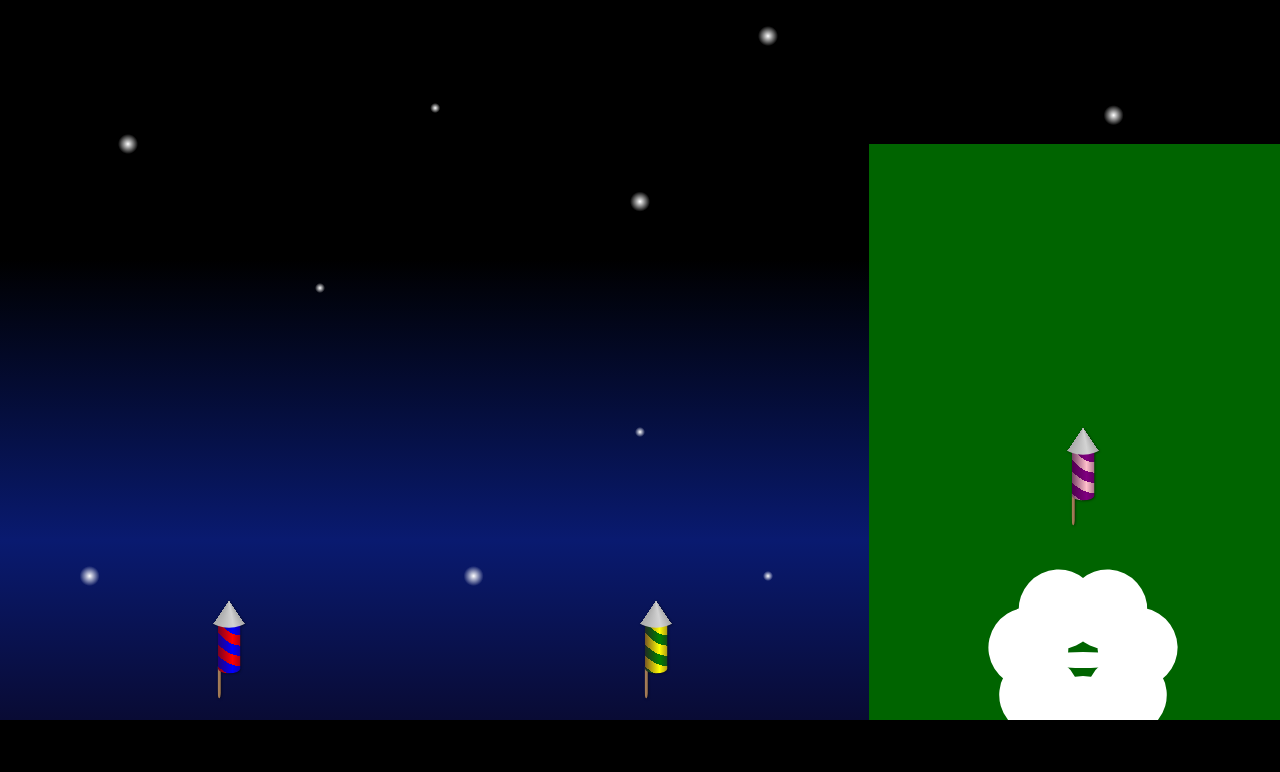
Repository: juliandecloe/CSS-To-The-Rescue---Julian-de-Cloe
Page: index.html
The author's editor kept a copy of each file at every save. The page is drawn from the files as they stood at one save, then again after the next save.
The browser window is 1280 px wide. The pictures show the whole page.

Above is the page before, as saved 2022-03-10 17:33:28.

### index.html
<!DOCTYPE html>
<html lang="en">
	<head>
		<meta charset="UTF-8">
		<meta name="viewport" content="width=device-width, initial-scale=1.0">
		<title>The Anticlimax Fireworkshow!</title>
		<link rel="stylesheet" href="style.css">
	</head>
	<body>
		<input id="left" type="checkbox">
		<input id="middle" type="checkbox">
		<input id="right" type="checkbox">
		<main>
			<section>
				<label for="left">
					<figure></figure>
					<figure></figure>
					<figure></figure>
				</label>
				<ul>
					<li>
						<ul>
							<li></li>
							<li></li>
							<li></li>
							<li></li>
							<li></li>
						</ul>
					</li>
					<li>
						<ul>
							<li></li>
							<li></li>
							<li></li>
							<li></li>
							<li></li>
						</ul>
					</li>
					<li>
						<ul>
							<li></li>
							<li></li>
							<li></li>
							<li></li>
							<li></li>
						</ul>
					</li>
					<li>
						<ul>
							<li></li>
							<li></li>
							<li></li>
							<li></li>
							<li></li>
						</ul>
					</li>
					<li>
						<ul>
							<li></li>
							<li></li>
							<li></li>
							<li></li>
							<li></li>
						</ul>
					</li>
					<li>
						<ul>
							<li></li>
							<li></li>
							<li></li>
							<li></li>
							<li></li>
						</ul>
					</li>
					<li>
						<ul>
							<li></li>
							<li></li>
							<li></li>
							<li></li>
							<li></li>
						</ul>
					</li>
					<li>
						<ul>
							<li></li>
							<li></li>
							<li></li>
							<li></li>
							<li></li>
						</ul>
					</li>
					<li>
						<ul>
							<li></li>
							<li></li>
							<li></li>
							<li></li>
							<li></li>
						</ul>
					</li>
					<li>
						<ul>
							<li></li>
							<li></li>
							<li></li>
							<li></li>
							<li></li>
						</ul>
					</li>
					<li>
						<ul>
							<li></li>
							<li></li>
							<li></li>
							<li></li>
							<li></li>
						</ul>
					</li>
					<li>
						<ul>
							<li></li>
							<li></li>
							<li></li>
							<li></li>
							<li></li>
						</ul>
					</li>
				</ul>
			</section>
			<section>
				<label for="middle">
					<figure></figure>
					<figure></figure>
					<figure></figure>
				</label>
				<ul>
					<li>
						<ul>
							<li></li>
							<li></li>
							<li></li>
							<li></li>
							<li></li>
						</ul>
					</li>
					<li>
						<ul>
							<li></li>
							<li></li>
							<li></li>
							<li></li>
							<li></li>
						</ul>
					</li>
					<li>
						<ul>
							<li></li>
							<li></li>
							<li></li>
							<li></li>
							<li></li>
						</ul>
					</li>
					<li>
						<ul>
							<li></li>
							<li></li>
							<li></li>
							<li></li>
							<li></li>
						</ul>
					</li>
					<li>
						<ul>
							<li></li>
							<li></li>
							<li></li>
							<li></li>
							<li></li>
						</ul>
					</li>
					<li>
						<ul>
							<li></li>
							<li></li>
							<li></li>
							<li></li>
							<li></li>
						</ul>
					</li>
					<li>
						<ul>
							<li></li>
							<li></li>
							<li></li>
							<li></li>
							<li></li>
						</ul>
					</li>
					<li>
						<ul>
							<li></li>
							<li></li>
							<li></li>
							<li></li>
							<li></li>
						</ul>
					</li>
					<li>
						<ul>
							<li></li>
							<li></li>
							<li></li>
							<li></li>
							<li></li>
						</ul>
					</li>
					<li>
						<ul>
							<li></li>
							<li></li>
							<li></li>
							<li></li>
							<li></li>
						</ul>
					</li>
					<li>
						<ul>
							<li></li>
							<li></li>
							<li></li>
							<li></li>
							<li></li>
						</ul>
					</li>
					<li>
						<ul>
							<li></li>
							<li></li>
							<li></li>
							<li></li>
							<li></li>
						</ul>
					</li>
				</ul>
			</section>
			<section>
				<label for="right">
					<figure></figure>
					<figure></figure>
					<figure></figure>
				</label>
				<ul>
					<li></li>
					<li></li>
					<li></li>
					<li></li>
					<li></li>
					<li></li>
					<li></li>
				</ul>
			</section>
		</main>
	</body>
</html>

### style.css
/*========== GENERAL ==========*/

:root * {
	--hoekVar: calc(360deg / 12);
	--rotate: rotate(calc( var(--hoekVar) * var(--index) ));
	--hoekVar2: calc(360deg / 5);
	--rotate2: rotate(calc( var(--hoekVar2) * var(--index2) ));
	--star1: 5px;
	--star2: 3px;
}

@property --star1 {
	syntax: '<length>';
	inherits: false;
	initial-value: 0px;
}

@property --star2 {
	syntax: '<length>';
	inherits: false;
	initial-value: 0px;
}

* {
	padding: 0;
	margin: 0;
}

body, html {
	overflow: hidden;
}

html {
	background: linear-gradient(0deg, rgba(9,11,52,1) 0%, rgba(9,26,112,1) 25%, rgba(0,0,0,1) 64%, rgba(0,0,0,1) 100%);
}

@keyframes stars {
	0% {
		--star1: 5px;
	}
	100% {
		--star1: 10px;
	}
}

@keyframes stars2 {
	0% {
		--star2: 3px;
	}
	100% {
		--star2: 6px;
	}
}

body {
	background-position: center;
	background-image:
	radial-gradient(
		circle at
			10%
			20%,
		white,
		transparent var(--star1)
	),
	radial-gradient(
		circle at
			34%
			15%,
		white,
		transparent var(--star2)
	),
	radial-gradient(
		circle at
			50%
			60%,
		white,
		transparent var(--star2)
	),
	radial-gradient(
		circle at
			60%
			80%,
		white,
		transparent var(--star2)
	),
	radial-gradient(
		circle at
			25%
			40%,
		white,
		transparent var(--star2)
	),
	radial-gradient(
		circle at
			7%
			80%,
		white,
		transparent var(--star1)
	),
	radial-gradient(
		circle at
			87%
			16%,
		white,
		transparent var(--star1)
	),
	radial-gradient(
		circle at
			76%
			79%,
		white,
		transparent var(--star2)
	),
	radial-gradient(
		circle at
			90%
			90%,
		white,
		transparent var(--star1)
	),
	radial-gradient(
		circle at
			60%
			5%,
		white,
		transparent var(--star1)
	),
	radial-gradient(
		circle at
			72%
			32%,
		white,
		transparent var(--star2)
	),
	radial-gradient(
		circle at
			50%
			28%,
		white,
		transparent var(--star1)
	),
	radial-gradient(
		circle at
			37%
			80%,
		white,
		transparent var(--star1)
	),
	radial-gradient(
		circle at
			82%
			54%,
		white,
		transparent var(--star2)
	);
	animation:
	stars 1s linear alternate infinite,
	stars2 1.5s linear alternate infinite;
}

@media (prefers-reduced-motion) {
	body {
		animation-name: dissolve;
	}
}

main {
	display: flex;
	justify-content: center;
	align-items: end;
	width: 100vw;
	height: 100vh;
	padding-left: 1rem;
}

@media (max-width: 630px) {
	main {
		transform: scale(.5) translateY(50vh);
	}
}

section {
	display: grid;
	place-items: center;
	transition: 1s ease-out;
	width: 50vw;
}

@media (max-width: 630px) {
	section {
		width: 80vw;
	}
}

input {
	display: none;
}

/*========== FIRE ROCKET ==========*/

/*===== GENERAL =====*/

label {
	transform: scale(.3) translateY(50vh);
	z-index: 5;
	height: 350px;
	width: 120px;
	filter: drop-shadow(2px 2px 4px rgb(0,0,0,0.5));
	transition: 1s;
	cursor: pointer;
	animation: 1s
}

@media (max-width: 630px) {
	label {
		transform: scale(.5);
	}
}

section label > figure:first-child {
	border-radius: 50%;
	position: absolute;
	left: calc(50% - 55px);
	width: 110px;
	height: 130px;
	z-index: 3;
	clip-path: ellipse(90% 70% at center top);
	background-image:
		conic-gradient(
		at center top,
		transparent 146deg,
		darkgray 146deg,
		lightgray 170deg,
		darkgray 214deg,
		transparent 214deg
	);
}

section label figure:nth-child(2) {
	position: absolute;
	top: 83px;
	left: calc(50% - 37.5px);
	width: 75px;
	height: 160px;
	z-index: 2;
	background-size: 100% 100%, 600% 600%;
	background-position:left top, 40% -30%;
	border-radius: 0 0 50% 50% / 0 0 1em 1em;
}

section label > figure:nth-child(3) {
	position: absolute;
	background: #BA8C63;
	top: 220px;
	left: calc(50% - 37.5px);
	width: 10px;
	height: 110px;
	z-index: 1;
	box-shadow: inset -2px 0 8px rgb(0,0,0,0.5);
	clip-path: ellipse(10px 95px at 50% 10%);
}


/*===== COLOR ARROWS =====*/

section:first-child label figure:nth-child(2) {
	background-image:
		linear-gradient(
			to right,
			#303a 0%,
			transparent 65%,
			#3036 100%
		),
		repeating-radial-gradient(
			red 0 1em,
			blue 1em 2em
	);
}

section:nth-child(2) label figure:nth-child(2) {
	background-image:
		linear-gradient(
			to right,
			#303a 0%,
			transparent 65%,
			#3036 100%
		),
		repeating-radial-gradient(
			green 0 1em,
			yellow 1em 2em
		);
}

section:last-child label figure:nth-child(2) {
	background-image:
		linear-gradient(
			to right,
			#303a 0%,
			transparent 65%,
			#3036 100%
		),
		repeating-radial-gradient(
			pink 0 1em,
			purple 1em 2em
		);
}


/*========== FIRE WORK ==========*/

/*===== LAYER 1 =====*/

section > ul {
	list-style-type: none;
	position: absolute;
	width: 1rem;
	height: 1rem;
	display: grid;
	place-items: center;
	/* background-color: #ff4; */
}

section > ul > li {
	position: absolute;
	top: 50%;
	width: 40%;
	height: 1200%;
	transform-origin: center top;
	transform: var(--rotate);
	transition: .3s ease-out;
	transition-delay: 1s;
	display: flex;
	/* background-color: #f004; */
}

section:nth-child(2) > ul > li {
	position: absolute;
	top: 50%;
	width: 40%;
	height: 1200%;
	transform-origin: center top;
	transform: var(--rotate);
	transition: .3s ease-out;
	transition-delay: 1s;
	display: flex;
	/* background-color: #f004; */
}

section > ul > li::after {
	content: "";
	display: block;
	width: 100%;
	height: 50%;
	transition: .2s ease-out;
	transform-origin: center top;
	transform: scaleY(0);
	position: absolute;
}

/* Color */

section:first-child > ul > li::after {
	background-color: blue;
}

section:nth-child(2) > ul > li::after {
	background-color: green;
}

section:last-child > ul li::after {
	background-color: pink;
}


/*===== LAYER 2 =====*/

section > ul > li ul {
	list-style-type: none;
	position: relative;
	width: .5em;
	aspect-ratio: 1/1;
	align-self: end;
	display: grid;
	place-items: center;
	/* background-color: #f088; */
}

section:first-child > ul > li li {
	position: absolute;
	top: 50%;
	width: 25%;
	aspect-ratio: 1/8;
	background-color: #f00;
	transform-origin: center top;
	transform: var(--rotate2) scaleY(0);
	transition: .3s ease-out;
	transition-delay: 1.8s;
}

section:nth-child(2) > ul > li li {
	position: absolute;
	width: 30%;
	height: 1200%;
	background-color: yellow;
	transform-origin: center;
	transform: var(--rotate2) scaleY(1);
	transition: .5s ease-out;
	transition-delay: 1.5s;
	visibility: hidden;
}


/*========== INTERACTION ==========*/

/*===== GENERAL =====*/

section > ul > li:nth-of-type(1) { --index:1; }
section > ul > li:nth-of-type(2) { --index:2; }
section > ul > li:nth-of-type(3) { --index:3; }
section > ul > li:nth-of-type(4) { --index:4; }
section > ul > li:nth-of-type(5) { --index:5; }
section > ul > li:nth-of-type(6) { --index:6; }
section > ul > li:nth-of-type(7) { --index:7; }
section > ul > li:nth-of-type(8) { --index:8; }
section > ul > li:nth-of-type(9) { --index:9; }
section > ul > li:nth-of-type(10) { --index:10; }
section > ul > li:nth-of-type(11) { --index:11; }
section > ul > li:nth-of-type(12) { --index:12; }

ul > li li:nth-of-type(1) { --index2:1; }
ul > li li:nth-of-type(2) { --index2:2; }
ul > li li:nth-of-type(3) { --index2:3; }
ul > li li:nth-of-type(4) { --index2:4; }
ul > li li:nth-of-type(5) { --index2:5; }

/* Rocket */

input:first-child[type="checkbox"]:checked ~ main section:first-child, input:nth-child(2)[type="checkbox"]:checked ~ main section:nth-child(2) {
	transform: translateY(-50vh);
}

@media (max-width: 630px) {
	input:first-child[type="checkbox"]:checked ~ main section:first-child, input:nth-child(2)[type="checkbox"]:checked ~ main section:nth-child(2) {
		transform: translateY(-90vh);
	}
}

input:first-child[type="checkbox"]:checked ~ main section:first-child label, input:nth-child(2)[type="checkbox"]:checked ~ main section:nth-child(2) label {
	transform: scale(.5, .3);
	animation: explode 1s 1s ease-in forwards;
}

/* Explode 1 */

input:first-child[type="checkbox"]:checked ~ main section:first-child > ul > li, input:nth-child(2)[type="checkbox"]:checked ~ main section:nth-child(2) > ul > li {
	transform: var(--rotate) translateY(2em);
}

input:first-child[type="checkbox"]:checked ~ main section:first-child > ul > li::after, input:nth-child(2)[type="checkbox"]:checked ~ main section:nth-child(2) > ul > li::after {
	animation: after .3s 1s ease-out forwards;
}


/*===== ARROW 1 =====*/

input:first-child[type="checkbox"]:checked ~ main section:first-child > ul > li li {
	animation: lili .3s 1.5s ease-out forwards;
}

/*===== ARROW 2 =====*/

input:nth-child(2)[type="checkbox"]:checked ~ main section:nth-child(2) > ul > li li {
	visibility: visible;
	transform: var(--turn) scaleY(6) translateY(2em);
	opacity: 0;
}

/*===== ARROW 3 =====*/

input:nth-child(3)[type="checkbox"]:checked ~ main section:last-child {
	transform: translateY(-50vh);
}

input:nth-child(3)[type="checkbox"]:checked ~ main article label {
	animation: huge .8s 1s ease-out forwards;
}

/*========== ANIMATIONS ==========*/

@keyframes huge {
	0% {
		transform: scaleY(0);
	}
	99% {
		transform: translateY(200%) scaleY(0);
		opacity: 0;
	}
	100% {
		transform: translateY(0) scaleY(0);
		opacity: 1;
	}
}

@keyframes explode {
	0% {
		visibility: hidden;
	}
	99% {
		visibility: hidden;
	}
	100% {
		transform: translateY(65vh) scale(.3);
		visibility: visible;
	}
}

@keyframes after {
	0% {
		transform: scaleY(0);
	}
	33% {
		transform: scaleY(1) ;
	}
	67% {
		transform: translateY(100%) scaleY(1) ;
	}
	99% {
		transform: translateY(200%) scaleY(0) ;
	}
	100% {
		transform: translateY(0) scaleY(0) ;
	}
}

@keyframes lili {
	0% {
		transform: var(--rotate2) translateY(0) scaleY(0);
	}
	50% {
		transform: var(--rotate2) translateY(0) scaleY(3);
	}
	99% {
		transform: var(--rotate2) translateY(400%) scaleY(0);
	}
	100% {
		transform: var(--rotate2) translateY(0) scaleY(0);
	}
}



/*========== CLOUDS ==========*/

section:last-child li:nth-of-type(1) { --index3:1; }
section:last-child li:nth-of-type(2) { --index3:2; }
section:last-child li:nth-of-type(3) { --index3:3; }
section:last-child li:nth-of-type(4) { --index3:4; }
section:last-child li:nth-of-type(5) { --index3:5; }
section:last-child li:nth-of-type(6) { --index3:6; }
section:last-child li:nth-of-type(7) { --index3:7; }

section:last-child {
	top: 10vh;
	background-color: darkgreen;
	width: 50vw;
	height: 80vh;
}

section:last-child ul {
	position: relative;
	list-style-type: none;
	width: 5rem;
	aspect-ratio: 1/1;
	display: grid;
	place-items: center;
	background: white;
	border-radius: 50%;
}

section:last-child li {
	--hoekVar3: calc(360deg / 7);
	--rotate3: rotate(calc( var(--hoekVar3) * var(--index3) ));
	position: absolute;
	top: 50%;
	border-radius: 50%;
	background-color: white !important;
	width: 5rem;
	height: 5rem;
	/* border: 1px solid black; */
	transform-origin: center top;
	transform: var(--rotate3) translateY(1rem);
}

/* article li:first-child {
	top: 5px;
	left: 100px;
}

article li:nth-child(2) {
	top: 100px;
	left: 10px;
}

article li:nth-child(3) {
	top: 5px;
	left: 50px;
}

article li:nth-child(4) {
	top: 20px;
	left: 80px;
}

article li:nth-child(5) {
	top: 120px;
	left: 65px;
}

article li:nth-child(6) {
	top: 45px;
	left: 60px;
}

article li:last-child {
	top: 80px;
	left: 100px;
} */

After the next save:
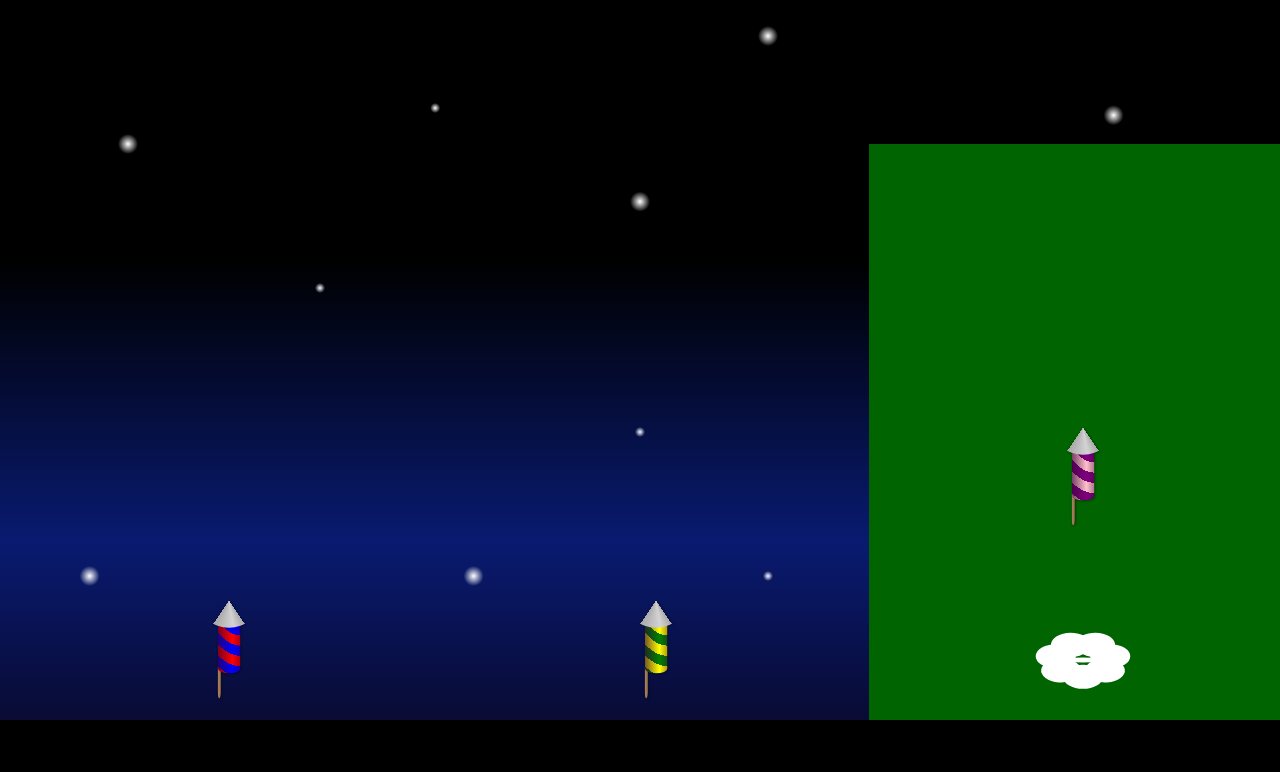
Saved 40 s later.
--- a/style.css
+++ b/style.css
@@ -575,6 +575,7 @@ section:last-child ul {
 	place-items: center;
 	background: white;
 	border-radius: 50%;
+	transform: scale(.5, .3);
 }
 
 section:last-child li {
